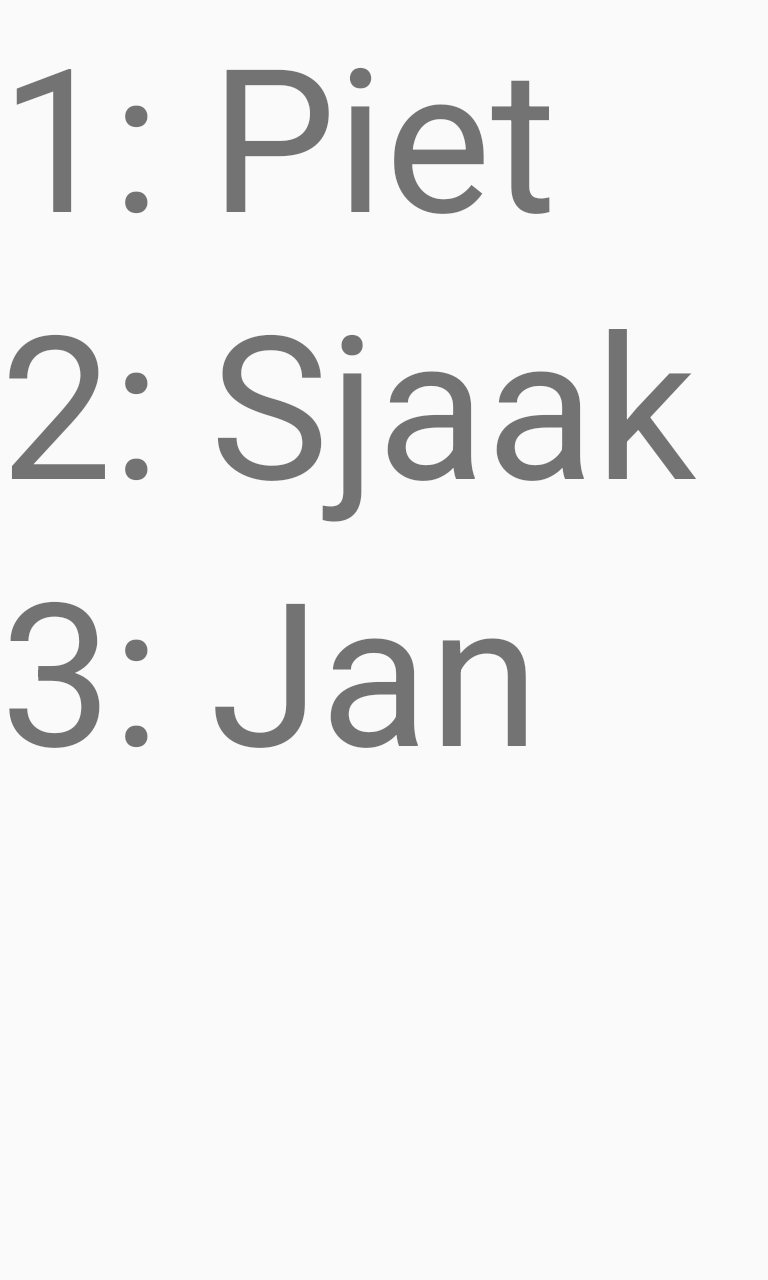
Repository: MarcSelles/BeatYourBucketAndroid
Layout: The_app/BeatYourBucket/res/layout/fragment_score.xml
An editor plug-in stored every save of this project. The layout is shown before and after the next save, followed by the edit.
It is drawn on a 768 x 1280 px phone screen (xhdpi) without system bars, with theme AppTheme; the app's code is not run.

Above is the layout before, as saved 2015-01-20 14:53:04.

### The_app/BeatYourBucket/res/layout/fragment_score.xml
<?xml version="1.0" encoding="utf-8"?>
<LinearLayout xmlns:android="http://schemas.android.com/apk/res/android"
    android:layout_width="match_parent"
    android:layout_height="match_parent"
    android:orientation="vertical" >

    <TextView
        android:id="@+id/textView1"
        android:layout_width="wrap_content"
        android:layout_height="wrap_content"
        android:textSize="100sp"
        android:text="1: Piet" />

    <TextView
        android:id="@+id/textView2"
        android:layout_width="wrap_content"
        android:layout_height="wrap_content"
        android:textSize="100sp"
        android:text="2: Sjaak" />

    <TextView
        android:id="@+id/textView3"
        android:layout_width="wrap_content"
        android:layout_height="wrap_content"
        android:textSize="100sp"
        android:text="3: Jan" />

</LinearLayout>

Loaded but not shown: The_app/BeatYourBucket/res/values/styles.xml (common file); The_app/BeatYourBucket/res/values-v11/styles.xml (common file); The_app/BeatYourBucket/res/values-v14/styles.xml (common file)

After the next save:
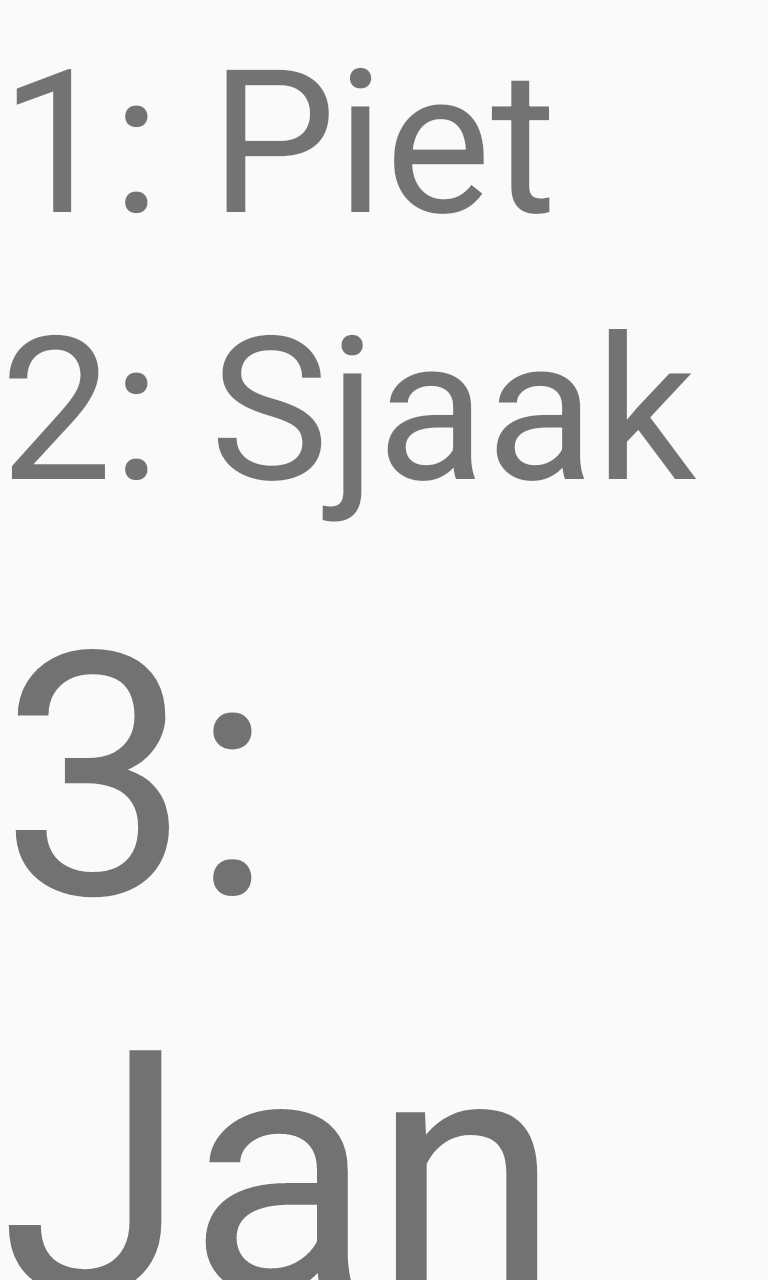
Saved 37 s later.
--- a/The_app/BeatYourBucket/res/layout/fragment_score.xml
+++ b/The_app/BeatYourBucket/res/layout/fragment_score.xml
@@ -22,7 +22,7 @@
         android:id="@+id/textView3"
         android:layout_width="wrap_content"
         android:layout_height="wrap_content"
-        android:textSize="100sp"
+        android:textSize="170sp"
         android:text="3: Jan" />
 
 </LinearLayout>
